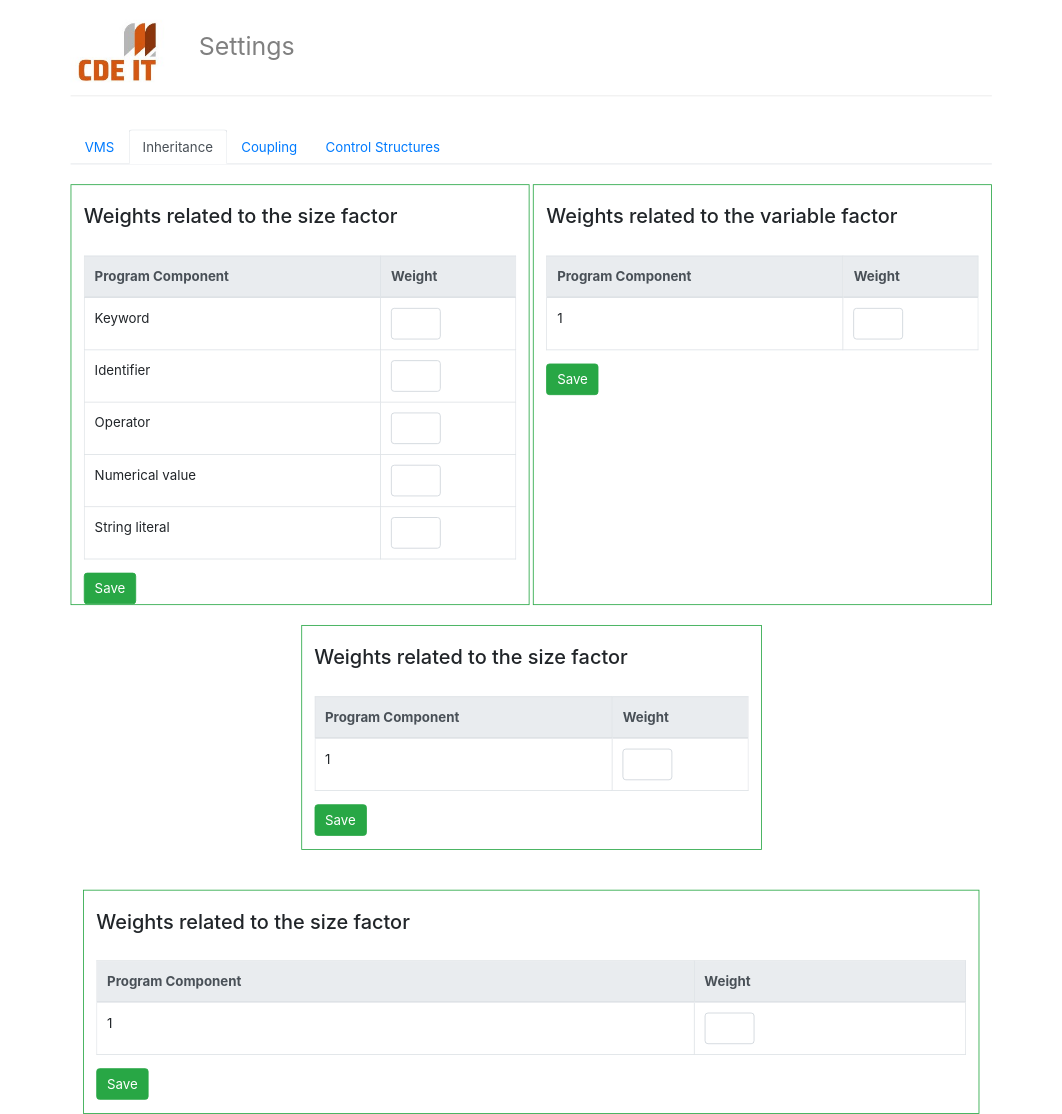
Repository: JudeAshan98/ITPM
Page: CDE_IT/WebContent/views/settings.html
An editor plug-in stored every save of this project. The page is shown before and after the next save, followed by the edit.
The browser window is 1280 px wide. The pictures show the whole page, at 83% of full size.

Above is the page before, as saved 2020-03-01 16:57:25.

After the next save:
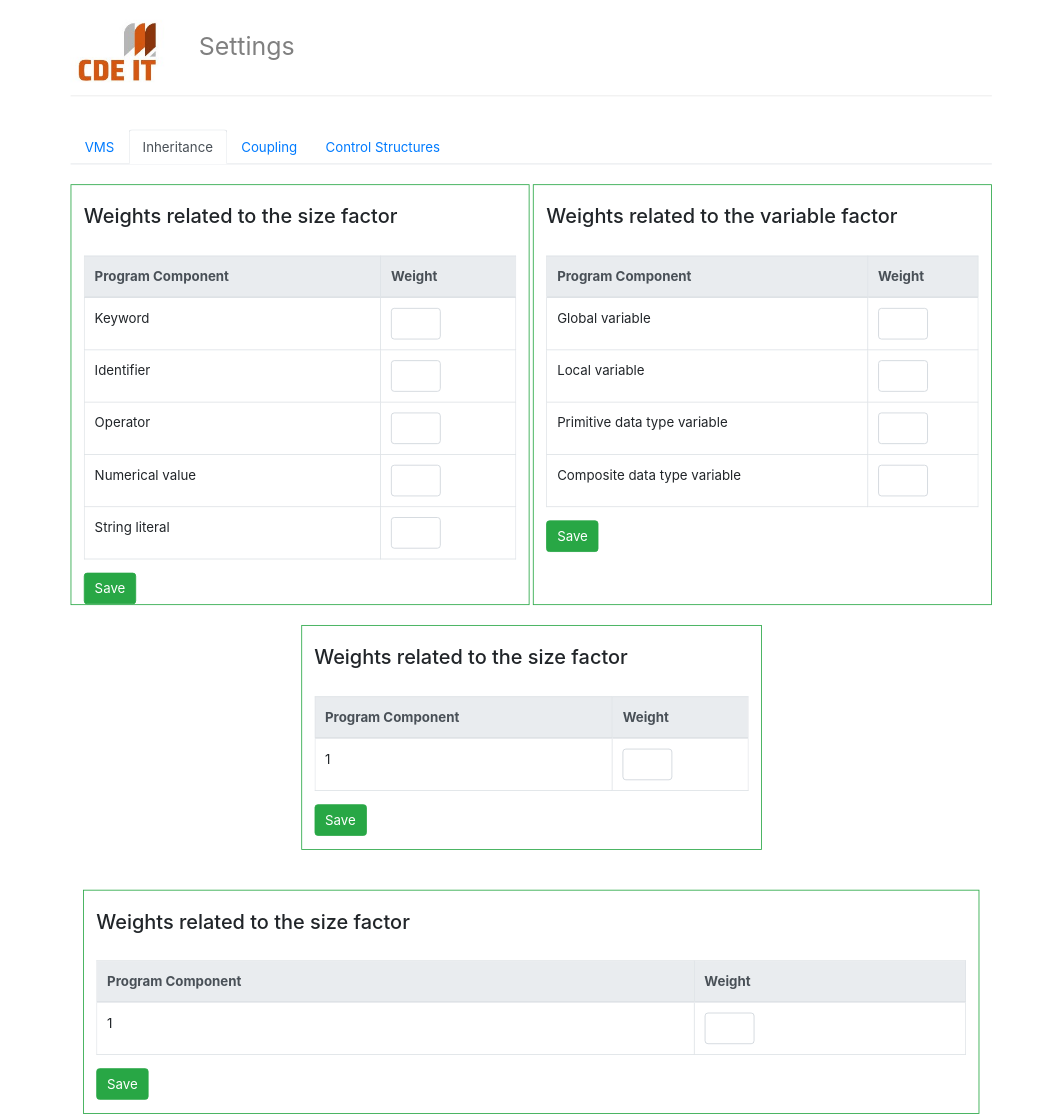
Saved 53 s later.
--- a/CDE_IT/WebContent/views/settings.html
+++ b/CDE_IT/WebContent/views/settings.html
@@ -95,7 +95,19 @@
 								</thead>
 								<tbody>
 									<tr>
-										<td>1</td>
+										<td>Global variable</td>
+										<td><input type="number" class="form-control"   style="width:60px"></td>
+									</tr>
+									<tr>
+										<td>Local variable</td>
+										<td><input type="number" class="form-control"   style="width:60px"></td>
+									</tr>
+									<tr>
+										<td>Primitive data type variable</td>
+										<td><input type="number" class="form-control"   style="width:60px"></td>
+									</tr>
+									<tr>
+										<td>Composite data type variable</td>
 										<td><input type="number" class="form-control"   style="width:60px"></td>
 									</tr>
 								</tbody>
